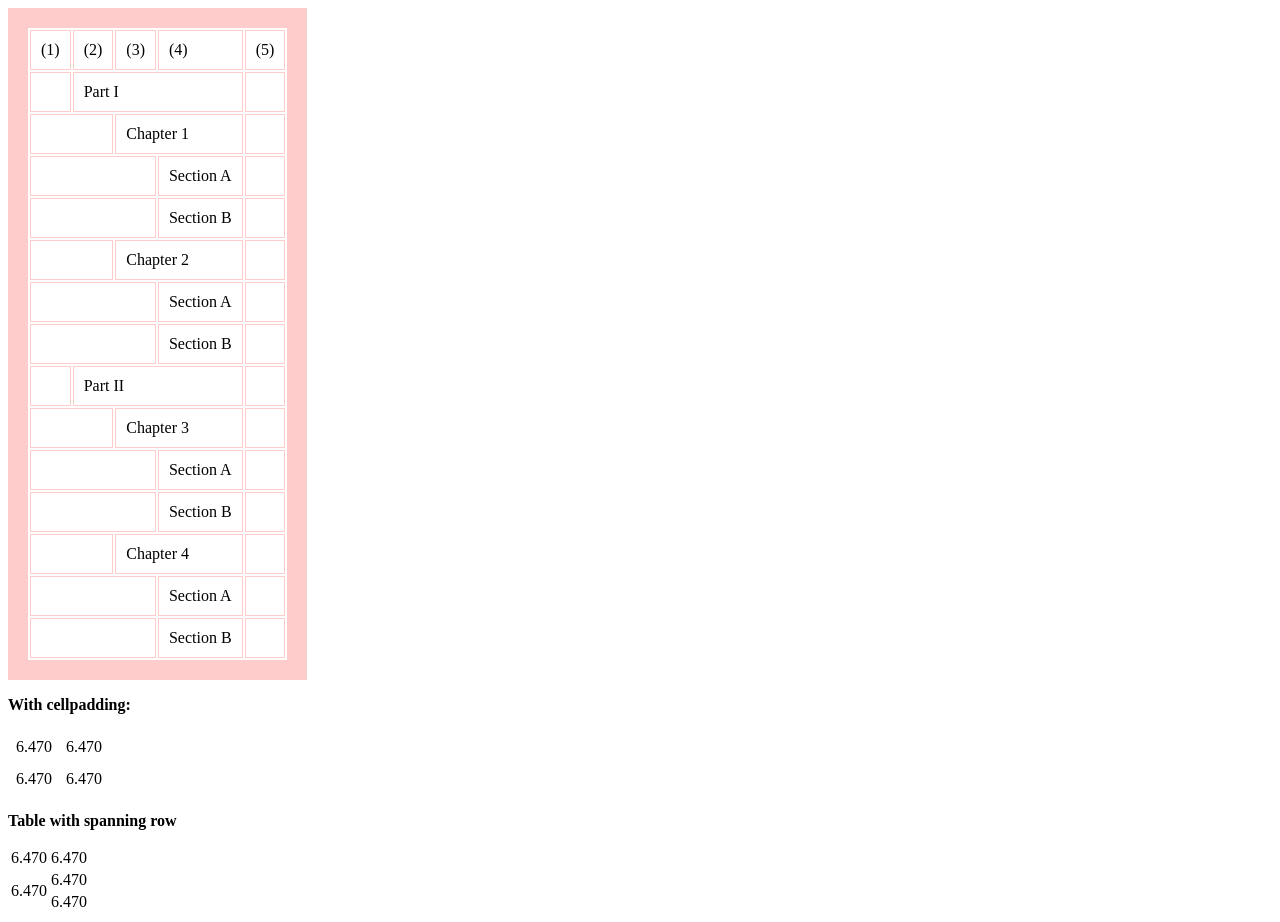
Repository: watermelonfee/HTCNWEB
Page: Tuan01/BT06/BT06b.html
The author's editor kept a copy of each file at every save. The page is drawn from the files as they stood at one save, then again after the next save.
The browser window is 1280 px wide. The pictures show the whole page.

Above is the page before, as saved 2023-02-21 22:42:46.

After the next save:
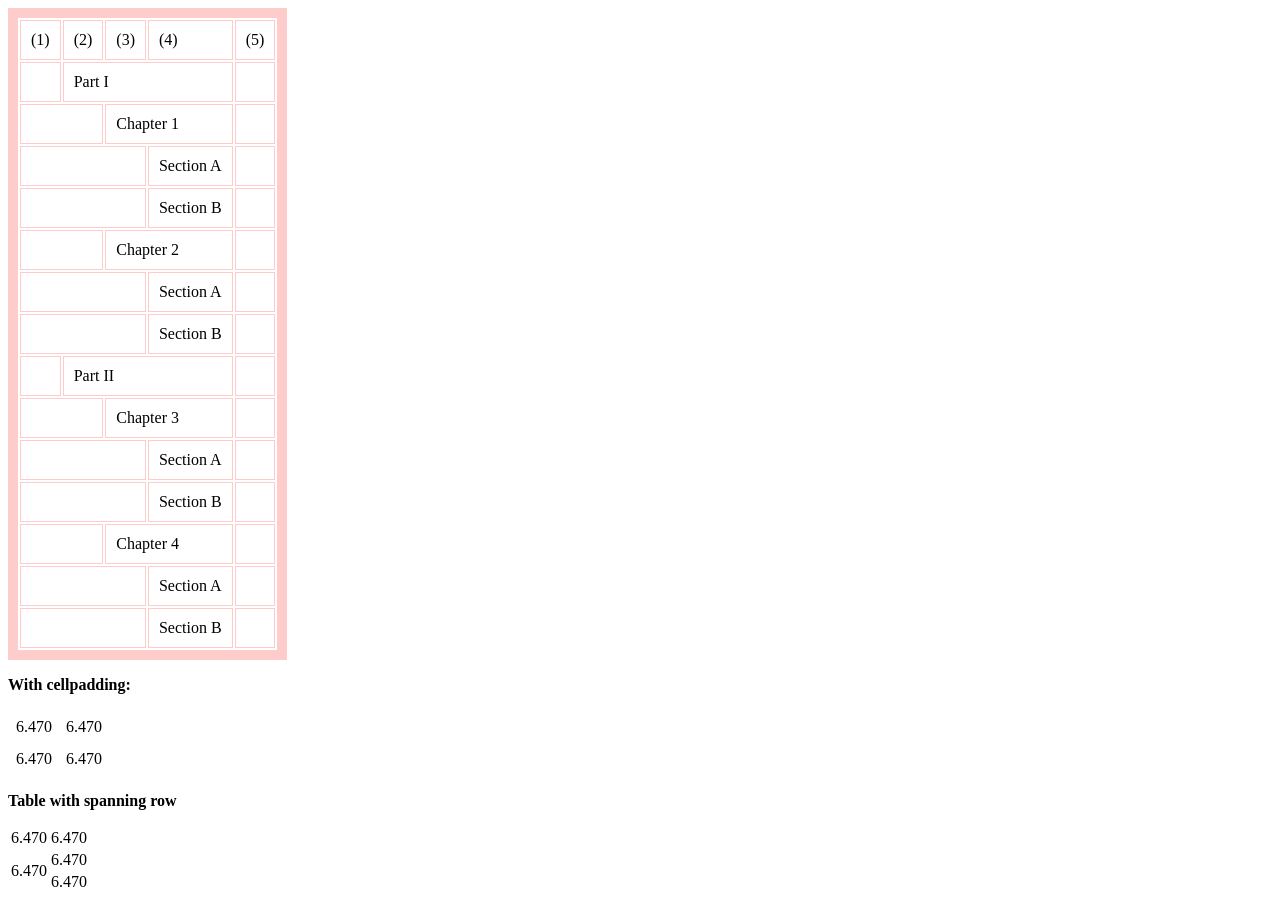
Saved 7 s later.
--- a/Tuan01/BT06/BT06b.html
+++ b/Tuan01/BT06/BT06b.html
@@ -8,7 +8,7 @@
 </head>
 <body>
     <div>
-        <table border="20" cellpadding="10" bordercolor="FFCCCC"class="table1">
+        <table border="10" cellpadding="10" bordercolor="FFCCCC"class="table1">
             <tr class="text2">
             <td>(1)</td>
             <td>(2)</td>
